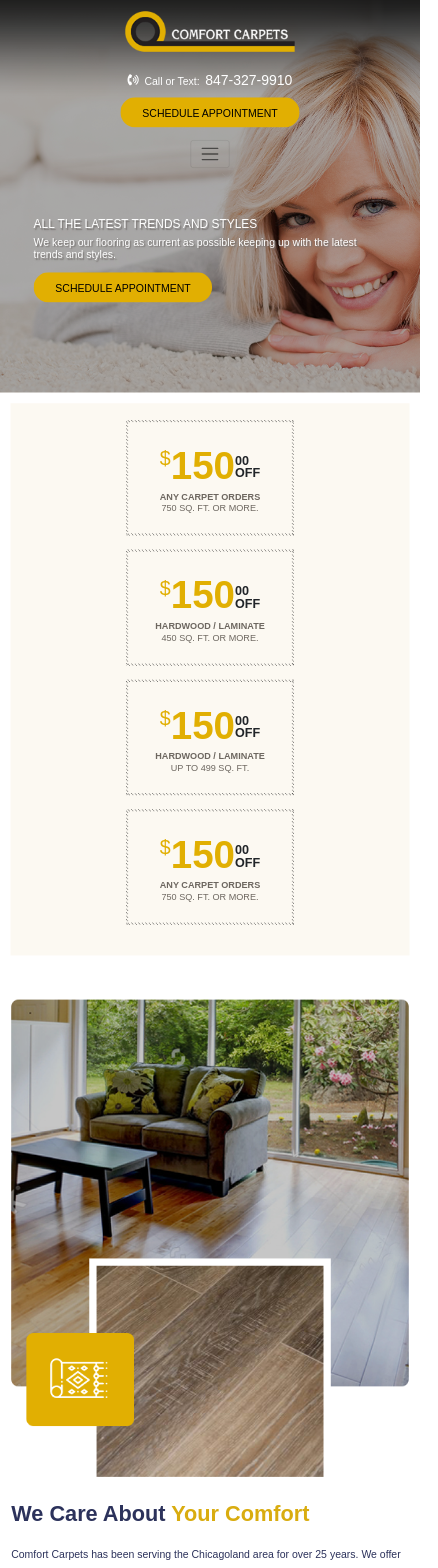
Repository: Ab-dur-Rehman/sscaseFolders
Page: index.html
These files come from the project's save history. The page is drawn as it stood at one moment and after the next save; the edit follows.
The browser window is 600 px wide. The page is 626 px wide, so the pictures cover 626 px, including what lies to the right of the window. The pictures show the part of the page from y = 0 to 2240 px (the page is 9956 px tall before and 9980 px after), at 70% of full size.
Some web fonts or font styles are not loaded; a fallback is used.

Above is the page before, as saved 2022-12-28 17:09:25.

After the next save:
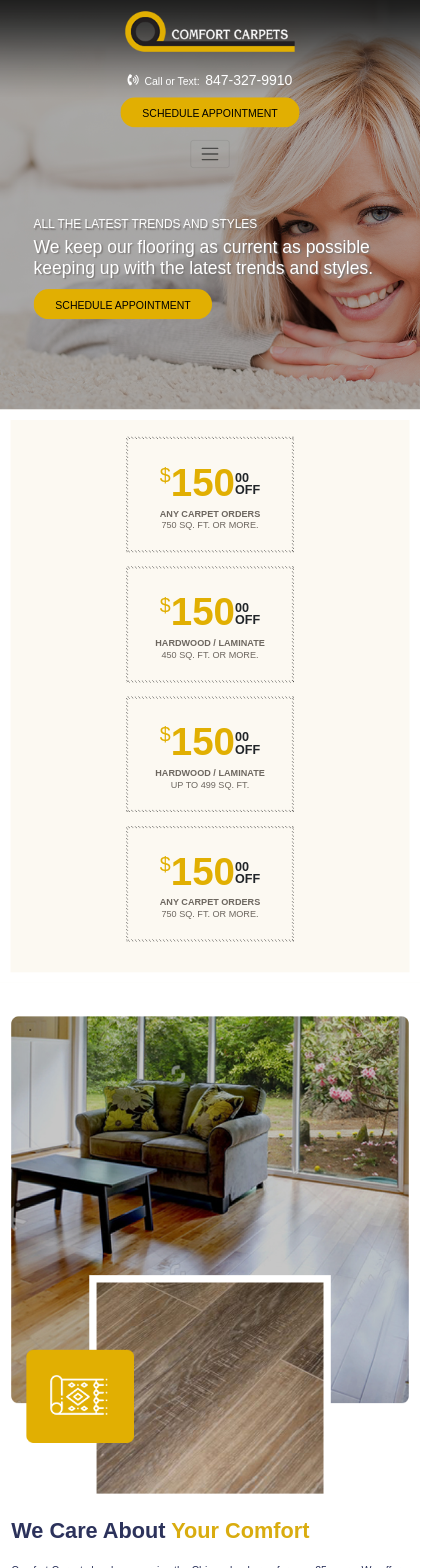
Saved 78 s later.
--- a/assets/css/style.css
+++ b/assets/css/style.css
@@ -490,7 +490,6 @@
     }
     .banner-sub {
         font-size: 25px;
-        font-size: 15px;
     }
 }
 @media only screen and (max-width: 565px) {
